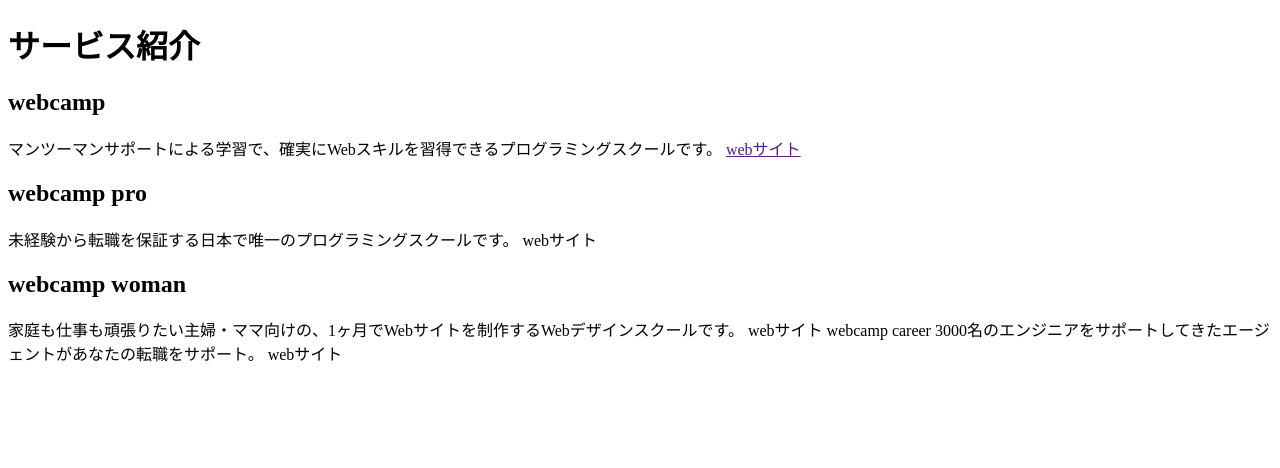
Repository: sutanuki/webcamp
Page: html,css/c2/index.html
The author's editor kept a record of every edit. The page is drawn from the files as they stood at one moment, then again after the next edit.
The browser window is 1280 px wide. The pictures show the whole page.

Above is the page before.

### html,css/c2/index.html
<!DOCTYPE html>
<html>
  <head>
    <meta charset=utf-8 />
    <title></title>
  </head>
  <body>
    <h1>サービス紹介</h1>
      <h2>webcamp</h2>
        マンツーマンサポートによる学習で、確実にWebスキルを習得できるプログラミングスクールです。
        <a href="">webサイト</a>
      <h2>webcamp pro</h2>
        未経験から転職を保証する日本で唯一のプログラミングスクールです。
        webサイト
      <h2>webcamp woman</h2>
        家庭も仕事も頑張りたい主婦・ママ向けの、1ヶ月でWebサイトを制作するWebデザインスクールです。
        webサイト
      webcamp career
        3000名のエンジニアをサポートしてきたエージェントがあなたの転職をサポート。
        webサイト
  </body>
</html>

After the next edit:
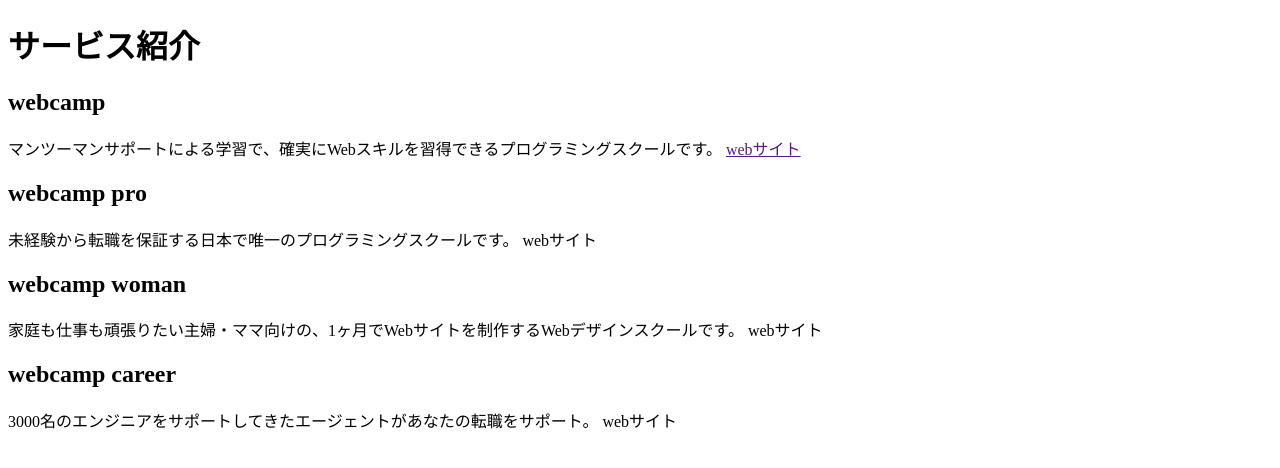
The edit:
--- a/html,css/c2/index.html
+++ b/html,css/c2/index.html
@@ -15,7 +15,7 @@
       <h2>webcamp woman</h2>
         家庭も仕事も頑張りたい主婦・ママ向けの、1ヶ月でWebサイトを制作するWebデザインスクールです。
         webサイト
-      webcamp career
+      <h2>webcamp career</h2>
         3000名のエンジニアをサポートしてきたエージェントがあなたの転職をサポート。
         webサイト
   </body>
